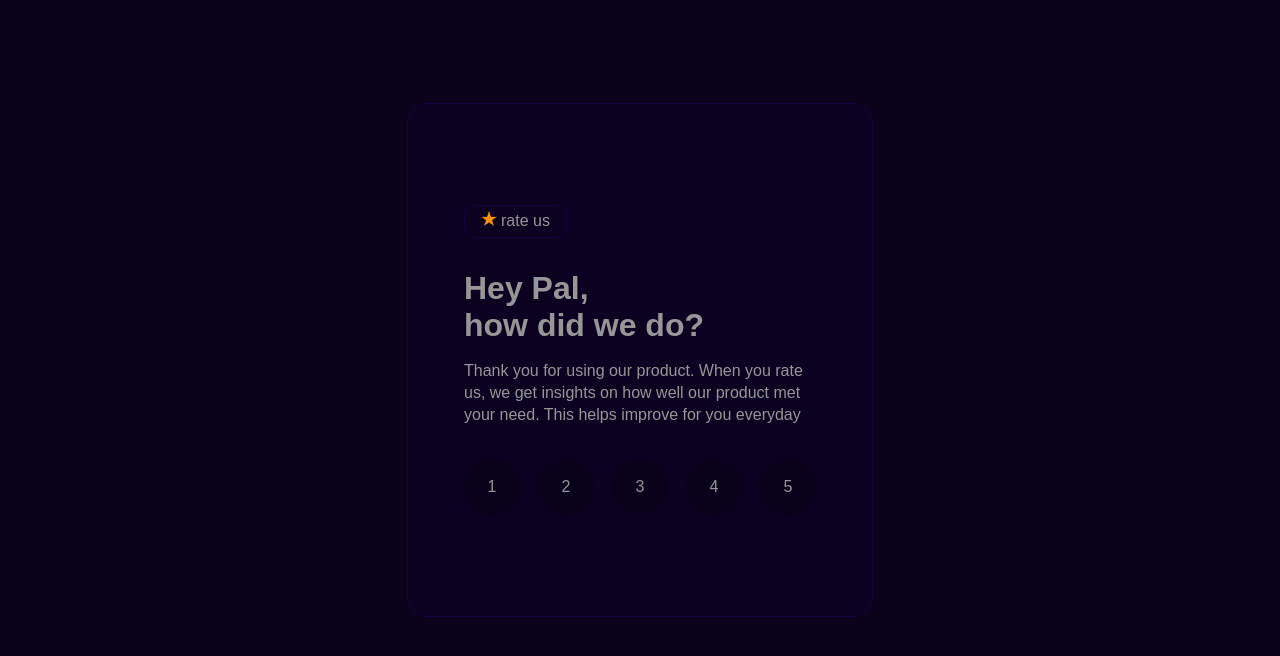
Repository: russel-success/xcodepp-TASK-2
Page: index.html
The author's editor kept a copy of each file at every save. The page is drawn from the files as they stood at one save, then again after the next save.
The browser window is 1280 px wide. The pictures show the whole page.

Above is the page before, as saved 2024-05-27 17:21:31.

### index.html
<!DOCTYPE html>
<html lang="en">
<head>
    <meta charset="UTF-8">
    <meta name="viewport" content="width=device-width, initial-scale=1.0">
    <link rel="stylesheet" href="styles/styles.css">
    <title>Ratings</title>
</head>
<body>
    <div class="container">
        <div class="card-container">
            <div class="submit-state-container">
                <div class="rate-us">
                    <span><img src="assets/star.png" alt=""></span><span><p>rate us</p></span>
                </div>
                <div class="body-text-container">
                    <h1>Hey Pal,<br> how did we do?</h1>
                    <p class="body-text">Thank you for using our product. When you rate us, we get insights on how well our product met your need. This helps improve for you everyday</p>
                </div>
                <div class="ratings-container">
                    <div class="rating">1</div>
                    <div class="rating">2</div>
                    <div class="rating">3</div>
                    <div class="rating">4</div>
                    <div class="rating">5</div>
                </div>
                <!-- <div class="button-container"><button class="submit">submit</button></div> -->
            </div>
            <div class="feedback-state-container">
                <div class="rate-and-star">
                    <div id="rate-value"></div>
                    <div id="fd-star">
                        <img src="assets/star.png" alt="">
                    </div><br>
                </div>
                <p>thank you for rating us Pal! We certainly wil be using this feedback to create better experience for you</p>

        </div>
    </div>
    </div>
    <script src="script.js"></script>
</body>
</html>

### styles/styles.css
:root{
    --prim-purple:rgb(8, 1, 30);
    --headline:Arial, Helvetica, sans-serif ;
}
*{
    padding:0;
    margin:0;
    transition:0.3s ease;
}
.container{
    background:rgb(10, 1, 27);
    width:100vw;
    height:100vh;
    display:flex;
    justify-content: center;
    align-items: center;
}
.submit-state-container{
    display:contents;
}
.feedback-state-container{
    display:none;
    text-align:center;

}
.card-container{
    width:30%;
    min-width:240px;
    height:60%;
    min-height:250px;
    box-sizing:content-box;
    padding:40px;
    margin:24px;
    border-radius: 20px;
    border:1px solid rgb(23, 0, 63);
    background:rgb(13, 1, 34);
    color:rgb(150, 150, 150);
    font-family:var(--headline);
    line-height: 1.4rem;
    font-weight:100;
    display:flex;
    /* align-items:center; */
    justify-content: center;
    flex-direction:column;
    transition:box-sizing 0.8s ease;
}
.rate-us{
    display: flex;
    justify-content:left;
    align-items: center;
    gap:4px;
    margin:16px;
    padding:4px 16px;
    border:1px solid rgb(23, 0, 63);
    border-radius:10px;
    width:fit-content;
    height:fit-content;
}
.rate-us img{
    width:16px;
}
.body-text-container{
    width:fit-content;
    height:fit-content;
    padding:16px;
    display:flex;
    flex-direction: column;
    gap:16px;
}
h1{
    line-height: normal;
    font-weight:700;
}
.body-text{
    color:inherit;
}
.ratings-container{
    display:flex;
    justify-content:space-between;
    align-items: center;
    width:auto;
    height:56px;
    /* border:1px solid white; */
    margin:16px;
}
.rating{
    /* border:1px solid white; */
    width:56px;
    height:56px;
    /* min-width:40px;
    min-height:40px; */
    text-align:center;
    align-content:center;
    border-radius:28px;
    background:rgb(10, 1, 27);
    color:rgb(150, 150, 150);
    transition:background 0.3s ease;
    cursor:pointer;
}
.rating:hover{
    background:rgb(150, 150, 150);
    color:rgb(13, 1, 34);
}

.chosen-rating{
    background:rgb(255, 145, 0);
    color:rgb(13, 1, 34);
}
.button-container{
    display:flex;
    justify-content:center;
    align-items: center;
    width:auto;
    height:auto;
    padding:8px 16px;
}
.submit{
    width:100%;
    height:fit-content;
    padding:12px 0;
    border-radius:10px;
    border:1px solid rgb(23, 0, 63);
    background:rgb(150, 150, 150);
    transition: 0.2s ease;
    cursor:pointer;
    transform:translate3d(0,15px,100px);
    opacity:0;
    animation: slide-in 0.7s 0.1s forwards;
}
.submit:hover{
    background:rgb(138, 138, 138);
}
.rate-and-star{
    display:flex;
    justify-content: center;
    align-items:center;
    gap:4px;
    height:fit-content;
}
#rate-value{
    font-size:8rem;
}
#fd-star{
    text-align:center;
    width:auto;

}
@keyframes slide-in{
    /* 0%{transform:translate3d(0,100px,20px)} */
    100%{transform:translate3d(0,0,0); opacity:1}
}
@media screen and (max-width:360px){
   text{
    font-size:0.9rem;
   }
   .card-container{
    height:40%;
    padding:32px;
    box-sizing:content-box;
   }
   .rating{
    width:40px;
    height:40px;
    border-radius:20px;
    font-size:0.8rem;
   }
}

### script.js
var ratings=document.querySelectorAll(".rating");
const card_container=document.querySelector(".card-container");
const submit_state_container=document.querySelector(".submit-state-container");
const feedback_state_container=document.querySelector(".feedback-state-container");
const button_container=document.createElement("div");
button_container.classList.add("button-container");
const submit=document.createElement("button");
submit.classList.add("submit");
submit.textContent="submit";
//rating user chose, displayed in feedback message
rate_span=document.querySelector("#rate-value");

// console.log(ratings[1].textContent);
ratings.forEach(element=>{
    element.addEventListener("click",()=>{
        ratings.forEach(element=>{
            element.classList.remove('chosen-rating');
        })
        element.classList.add('chosen-rating');
        var rate_val=element.textContent;
        rate_span.textContent=rate_val;
       for(var i=0; i<element.textContent; i++){
        ratings[i].classList.add('chosen-rating');
       }
       button_container.appendChild(submit);
      submit_state_container.appendChild(button_container);

    });


});

submit.addEventListener("click",()=>{
    submit_state_container.style.display="none";
    feedback_state_container.style.display="contents";
    console.log(rate_span.textContent);
});

After the next save:
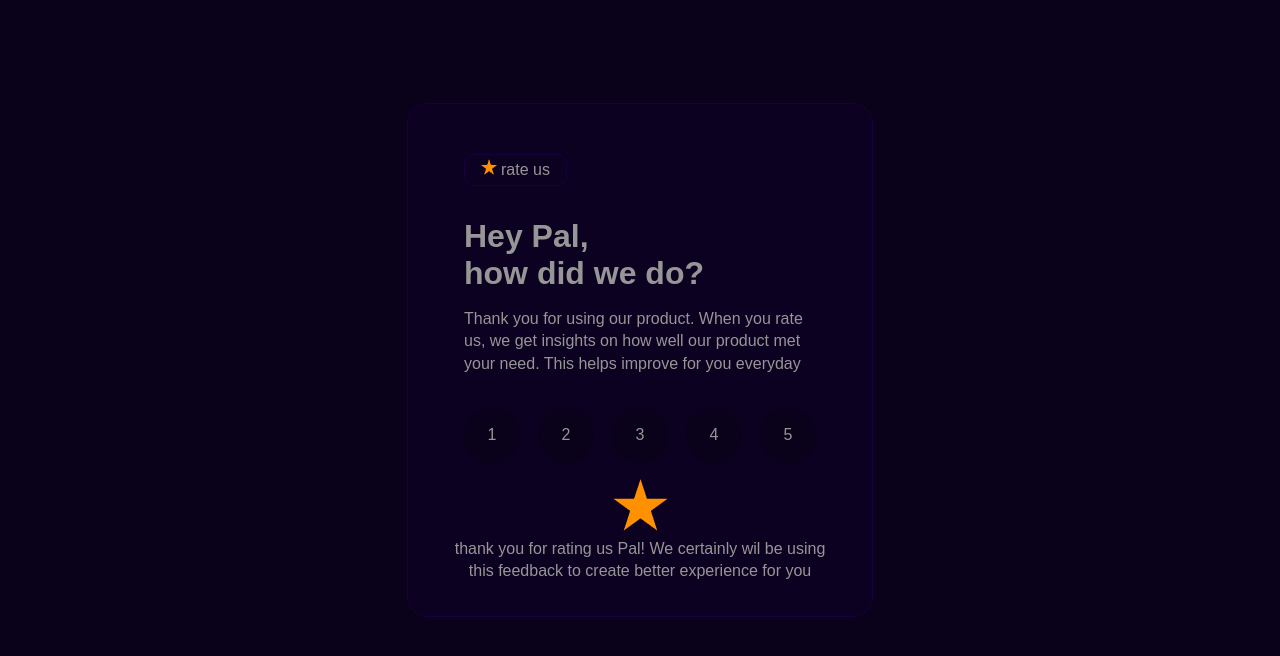
Saved 17 s later.
--- a/styles/styles.css
+++ b/styles/styles.css
@@ -21,6 +21,10 @@
 .feedback-state-container{
     display:none;
     text-align:center;
+    display:flex;
+    /* align-items:center; */
+    justify-content: center;
+    flex-direction:column;
 
 }
 .card-container{
